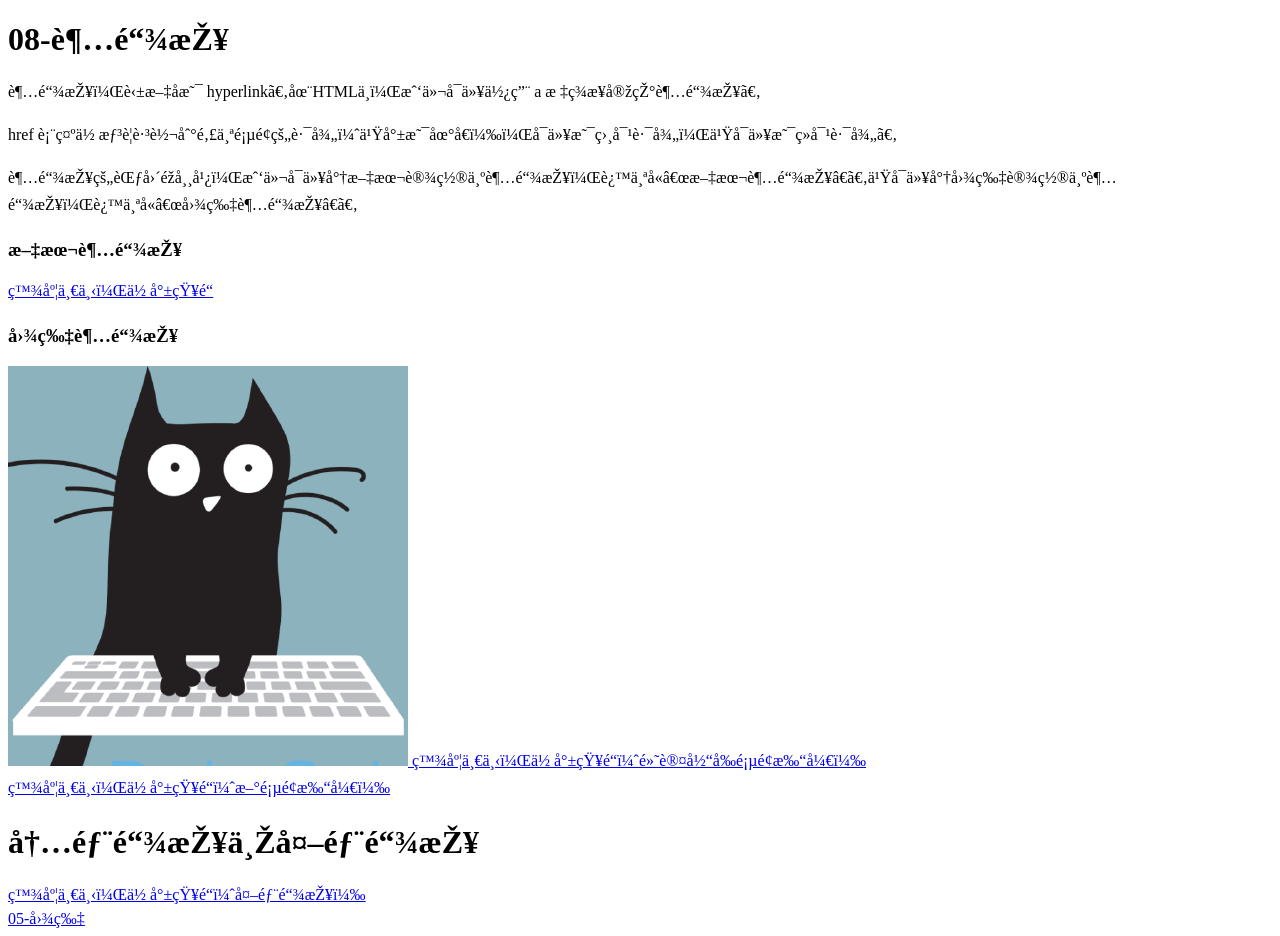
Repository: liang-n/front-end-basics
Page: 08-超链接.html
The author's editor kept a copy of each file at every save. The page is drawn from the files as they stood at one save, then again after the next save.
The browser window is 1280 px wide. The pictures show the whole page.

Above is the page before, as saved 2022-05-15 13:26:36.

After the next save:
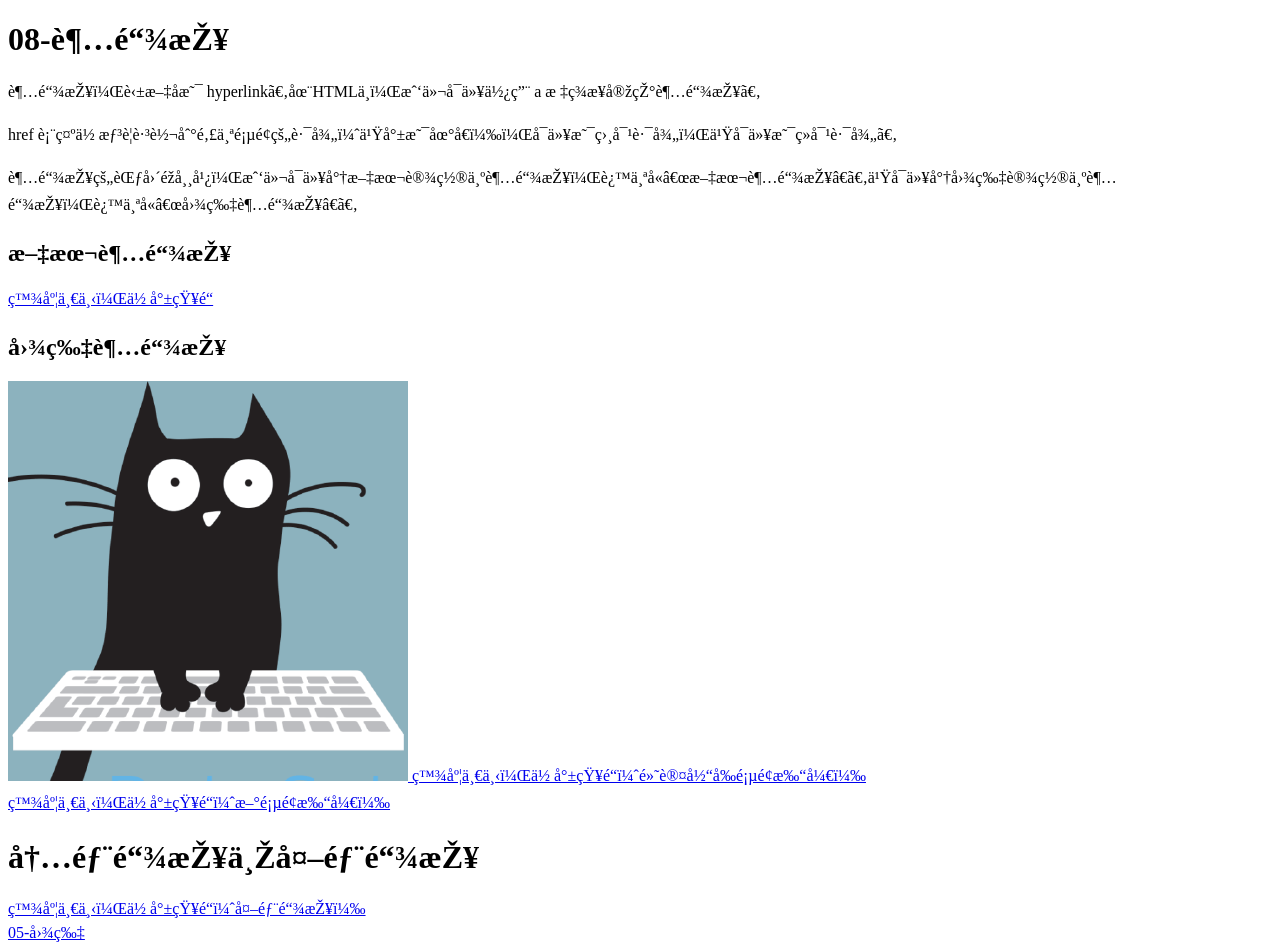
Saved 11 s later.
--- a/08-超链接.html
+++ b/08-超链接.html
@@ -12,9 +12,9 @@
         <p>超链接，英文名是 hyperlink。在HTML中，我们可以使用 a 标签来实现超链接。</p>
         <p>href 表示你想要跳转到那个页面的路径（也就是地址），可以是相对路径，也可以是绝对路径。</p>
         <p>超链接的范围非常广，我们可以将文本设置为超链接，这个叫“文本超链接”。也可以将图片设置为超链接，这个叫“图片超链接”。</p>
-        <h3>文本超链接</h3>
+        <h2>文本超链接</h2>
         <a href="https://www.baidu.coom/">百度一下，你就知道</a>
-        <h3>图片超链接</h3>
+        <h2>图片超链接</h2>
         <a href="https://liang-n.github.io/">
             <img src="img/image.png" alt="Liang's Blog">
         </a>
